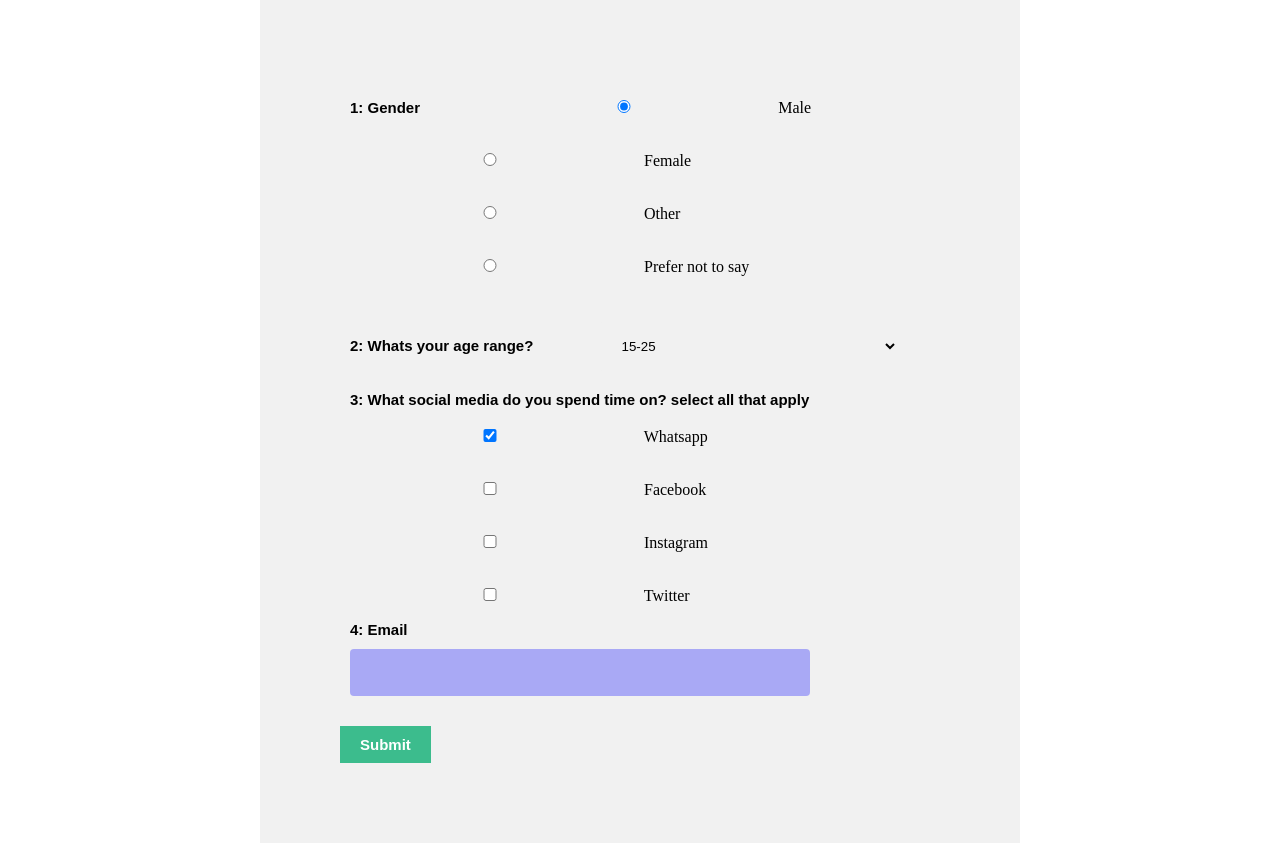
Repository: Grace229/Hasob-form
Page: index.html
An editor plug-in stored every save of this project. The page is shown before and after a run of saves, followed by the edit.
The browser window is 1280 px wide. The pictures show the whole page.

Above is the page before, as saved 2020-12-27 21:12:38.

### index.html
<!DOCTYPE html>
<html lang="en">
<head>
    <meta charset="UTF-8">
    <meta name="viewport" content="width=device-width, initial-scale=1.0">
    <title>Document</title>
    <link rel="stylesheet" href="style.css">
</head>
<body>
    <form>
        <!-- radio button -->
        <div>
            <label class="question" for="">1: Gender </label>
                <input type="radio" name="gender" value="male" class="input" checked>
                <label> Male</label>
                <input type="radio" name="gender" value="male" class="input">
                <label> Female</label>
                <input type="radio" name="gender" value="male" class="input">
                <label> Other</label>
                <input type="radio" name="gender" value="male" class="input">
                <label> Prefer not to say</label>

        </div>
        <!-- dropdown -->
        <div>
            <label  class="question" for="">2: Whats your age range? </label>
               <select name="grace" id="input">
                   <option value="male" class="check">
                    <label> 15-25</label>
                   </option>
                   <option value="male" class="check">
                    <label> 26-35</label>
                   </option>
                   <option value="male" class="check">
                    <label> 36-45</label>
                   </option>
                   <option value="male" class="check">
                    <label> 46-60</label>
                   </option>
               </select>
        </div>
        <!-- checkboxes -->
           <div>
            <label  class="question" for="">3: What social media do you spend time on? select all that apply</label>
               <input type="checkbox" name="gender" value="male" class="input" checked>
               <label> Whatsapp</label>
                <input type="checkbox" name="gender" value="male" class="input">
                <label> Facebook</label>
                <input type="checkbox" name="gender" value="male" class="input">
                <label> Instagram</label>
                <input type="checkbox" name="gender" value="male" class="input">
                <label> Twitter</label>
        </div>
        <!-- textbox -->
        <div>
            <label  class="question" for=""> 4: Email</label>
            <input type="email" name="email" id="email">
        </div>

        <div>
          <button class="btn"> Submit </button>
        </div>
   </form>
</body>
</html>

### style.css
*{
    padding: 0;
    margin: 0;
}
.question{
    font-size: 15px;
    font-weight: bold;
    font-family: sans-serif;
    margin: 10px 50px 10px 10px;
}

.input{
    width: 50%;
    margin: 20px 0px 20px 0px;
    cursor: pointer;

}
.check{
    border: solid 1px black;
}
#input{
    width: 50%;
    margin: 30px 10px 20px 10px;
    border: none;
}
select{
    border: 1px  solid black;
    background-color:#f1f1f1;
    padding: 16px 20px;
    border-radius: 4px;
}
option{
    border: 1px solid black;
    font-size:  15px;
}
form{
    width: 600px;
    margin: auto;
    background-color: #f1f1f1;
    padding: 80px;
}
#email{
    width: 70%;
    margin: 10px 10px 30px 10px;
    border: none;
    background-color: rgb(169, 169, 245);
    padding: 16px 20px;
    border-radius: 4px;
    cursor: pointer;
}
#email:focus{
    background-color: #ffffff;
    font-size: 20px;

}
.btn{
    cursor: pointer;
    display: inline-block;
    border: 0;
    font-weight: bold;
    padding: 10px 20px;
    background: #3CBC8D;
    color: #fff;
    font-size: 15px;
}

.btn:hover{
opacity: 0.9;
}

After the next 3 saves:
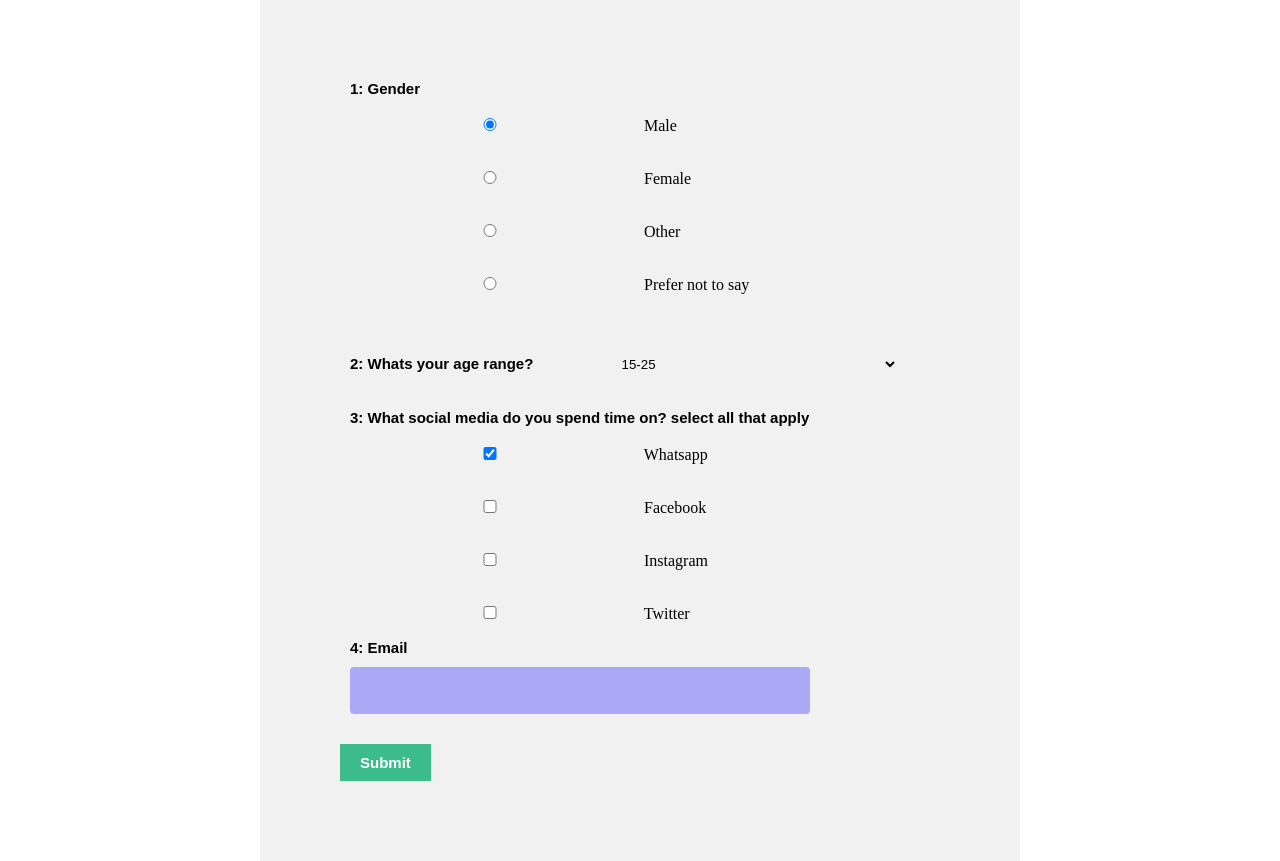
The 3 saves are shown as one change because they came seconds apart.
The last was saved 31 s later.
--- a/index.html
+++ b/index.html
@@ -10,7 +10,7 @@
     <form>
         <!-- radio button -->
         <div>
-            <label class="question" for="">1: Gender </label>
+            <label class="question" for="">1: Gender </label> <br>
                 <input type="radio" name="gender" value="male" class="input" checked>
                 <label> Male</label>
                 <input type="radio" name="gender" value="male" class="input">
